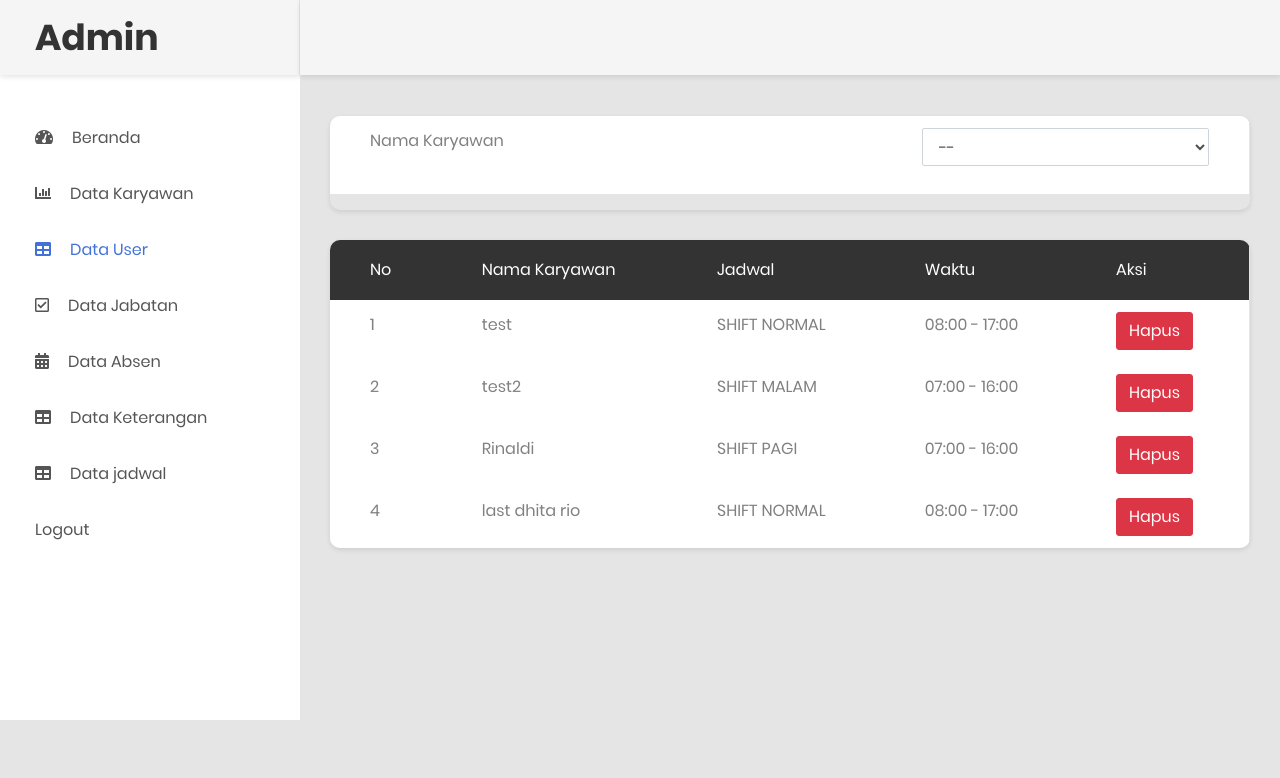
Repository: naldi23bob/Absen2
Page: http://localhost/datajadwal.php
The author's editor kept a copy of each file at every save. The page is drawn from the files as they stood at one save, then again after the next save.
The browser window is 1280 px wide. The pictures show the whole page.
The page is run by PHP 8.4 with error messages shown; the project is at /var/www/html/. The session is filled in as if someone had signed in: {"idsi": 2, "namasi": "admin", "ttlsi": 1, "jenkelsi": 1, "agamasi": 1, "alamatsi": 1, "teleponsi": 1, "jabatansi": 1, "schedulesi": 1, "fotosi": 1, "username": "admin"}. Other server files are loaded and not shown. The database holds what the project's SQL file puts in it.

Above is the page before, as saved 2023-07-23 16:19:06.

### datajadwal.php
<?php
require_once("koneksi.php");
error_reporting(0);
 ?>
<!DOCTYPE html>
<html lang="en">

<head>
    <link rel="stylesheet" href="https://maxcdn.bootstrapcdn.com/bootstrap/4.5.2/css/bootstrap.min.css">
    <script src="https://ajax.googleapis.com/ajax/libs/jquery/3.5.1/jquery.min.js"></script>
    <script src="https://cdnjs.cloudflare.com/ajax/libs/popper.js/1.16.0/umd/popper.min.js"></script>
    <script src="https://maxcdn.bootstrapcdn.com/bootstrap/4.5.2/js/bootstrap.min.js"></script>
    <!-- Required meta tags-->
    <meta charset="UTF-8">
    <meta name="viewport" content="width=device-width, initial-scale=1, shrink-to-fit=no">
    <link rel="icon" href="assets/employee.png" type="image/png">

    <!-- Title Page-->
    <title>Data Hadwal</title>

    <!-- Fontfaces CSS-->
    <link rel="stylesheet" type="text/css" href="css/bootstrap.css" media="all">
    <link href="css/font-face.css" rel="stylesheet" media="all">
    <link href="vendor/font-awesome-4.7/css/font-awesome.min.css" rel="stylesheet" media="all">
    <link href="vendor/font-awesome-5/css/fontawesome-all.min.css" rel="stylesheet" media="all">
    <link href="vendor/mdi-font/css/material-design-iconic-font.min.css" rel="stylesheet" media="all">

    <!-- Bootstrap CSS-->
    <link href="vendor/bootstrap-4.1/bootstrap.min.css" rel="stylesheet" media="all">

    <!-- Vendor CSS-->
    <link href="vendor/animsition/animsition.min.css" rel="stylesheet" media="all">
    <link href="vendor/bootstrap-progressbar/bootstrap-progressbar-3.3.4.min.css" rel="stylesheet" media="all">
    <link href="vendor/wow/animate.css" rel="stylesheet" media="all">
    <link href="vendor/css-hamburgers/hamburgers.min.css" rel="stylesheet" media="all">
    <link href="vendor/slick/slick.css" rel="stylesheet" media="all">
    <link href="vendor/select2/select2.min.css" rel="stylesheet" media="all">
    <link href="vendor/perfect-scrollbar/perfect-scrollbar.css" rel="stylesheet" media="all">

    <!-- Main CSS-->
    <link href="css/theme.css" rel="stylesheet" media="all">
    <!-- Script -->
    <script src="https://ajax.googleapis.com/ajax/libs/jquery/3.5.1/jquery.min.js"></script>
  <script src="https://cdnjs.cloudflare.com/ajax/libs/popper.js/1.16.0/umd/popper.min.js"></script>
  <script src="https://maxcdn.bootstrapcdn.com/bootstrap/4.5.2/js/bootstrap.min.js"></script>
    <!-- end script-->
</head>

<body class="animsition">
      <?php
    session_start();
    if (!isset($_SESSION['username'])) {
        header("location: index.php");
    }else {
        $username = $_SESSION['schedule'];
    }

 ?>
    <div class="page-wrapper">
        <!-- HEADER MOBILE-->
        <header class="header-mobile d-block d-lg-none">
            <div class="header-mobile__bar">
                <div class="container-fluid">
                    <div class="header-mobile-inner">
                        <a class="logo" href="index.html">

                        </a>
                        <button class="hamburger hamburger--slider" type="button">
                            <span class="hamburger-box">
                                <span class="hamburger-inner"></span>
                            </span>
                        </button>
                    </div>
                </div>
            </div>
            <nav class="navbar-mobile">
                <div class="container-fluid">
                   <ul class="navbar-mobile__list list-unstyled">
                        <li class="has-sub">
                            <a class="js-arrow" href="admin.php">
                                <i class="fas fa-tachometer-alt"></i>Beranda</a>
                            <ul class="navbar-mobile-sub__list list-unstyled js-sub-list">

                            </ul>
                        </li>
                        <li>
                            <a href="datakaryawan.php">
                                <i class="fas fa-chart-bar"></i>Data Karyawan</a>
                        </li>
                        <li>
                            <a href="datauser.php">
                                <i class="fas fa-table"></i>Data User</a>
                        </li>
                        <li>
                            <a href="datajabatan.php">
                                <i class="far fa-check-square"></i>Data Jabatan</a>
                        </li>
                        <li>
                            <a href="data_absen.php">
                                <i class="fas fa-calendar-alt"></i>Data Absen</a>
                        </li>
                       <li>
                            <a href="data_keterangan.php">
                                <i class="fas fa-table"></i>Data Keterangan
                            </a>
                        </li>
                        <li>
                        <a href="datajadwal.php">
                                <i class="fas fa-table"></i>Data jadwal
                            </a>
                        </li>


                    </ul>
                </div>
            </nav>
        </header>
        <!-- END HEADER MOBILE-->

        <!-- MENU SIDEBAR-->
        <aside class="menu-sidebar d-none d-lg-block">
            <div class="logo">
                <a href="#">
                    <h1>Admin</h1>
                </a>
            </div>
            <div class="menu-sidebar__content js-scrollbar1">
                <nav class="navbar-sidebar">
                    <ul class="list-unstyled navbar__list">
                        <li>
                            <a class="js-arrow" href="admin.php">
                                <i class="fas fa-tachometer-alt"></i>Beranda</a>

                        </li>
                        <li>
                            <a href="datakaryawan.php">
                                <i class="fas fa-chart-bar"></i>Data Karyawan</a>
                        </li>
                        <li  class="active has-sub">
                            <a href="datause.php">
                                <i class="fas fa-table"></i>Data User</a>
                        </li>
                        <li>
                            <a href="datajabatan.php">
                                <i class="far fa-check-square"></i>Data Jabatan</a>
                        </li>
                        <li>
                            <a href="data_absen.php">
                                <i class="fas fa-calendar-alt"></i>Data Absen</a>
                        </li>
                        <li>
                            <a href="data_keterangan.php">
                                <i class="fas fa-table"></i>Data Keterangan
                            </a>
                        </li>
                        <li>
                        <a href="datajadwal.php">
                                <i class="fas fa-table"></i>Data jadwal
                            </a>
                        </li>

                        <li>
                            <a href="logout.php">Logout</a>
                        </li>
                    </ul>
                </nav>
            </div>
        </aside>
        <!-- END MENU SIDEBAR-->

        <!-- PAGE CONTAINER-->
        <div class="page-container">
            <!-- HEADER DESKTOP-->
            <header class="header-desktop">
                <div class="section__content section__content--p30">
                    <div class="container-fluid">
                        <div class="header-wrap">


                        </div>
                    </div>
                </div>
            </header>
            <!-- END HEADER DESKTOP-->

            <!-- MAIN CONTENT-->

            <div class="main-content">
                <div class="section__content section__content--p30">
                    <div class="container-fluid">
                        <div class="row">
                           <div class="table-responsive table--no-card m-b-30">
                            <form action="admin/admin_save.php" method="post">
                                <div class="form-group">
                                <table class="table table-borderless table-striped table-earning" >
                                        <tbody>
                                        <td>Nama Karyawan</td>
                                                <td>
                                                    <div class="form-group">
                                                    <select class="form-control" required="tb_schedule" name="">
                                                        <option>--</option>
                                                        <option>1</option>
                                                        <option>2</option>
                                                        <option>3</option>
                                                        <option>4</option>
                                                        <option>5</option>
                                                        <option>6</option>
                                                    </select>
                                                    </div>

                                                </td>
<!--

                                            <tr>
                                                <td>Nama Jadwal</td>
                                                <td>

                                                <input type="text" class="form-control" name="code" required>

                                            </td>
                                            </tr>

                                            <tr>
                                                <td>Waktu</td>
                                                <td>

                                                <input type="text" class="form-control" name="in_out" required>

                                            </td>
                                            </tr>



                                            <tr>
                                                <td><button type="submit" name="simpan" class="btn btn-primary">Simpan</button></td>
                                                <td><input type="reset" name="" value="Batal" class="btn btn-danger"></td>
                                            </tr>
                                             -->
                                      </tbody>
                                    </table>
                                        </div>
                            </form>

                                </div>
                        </div>

                        <div class="row">

                                <div class="table-responsive table--no-card m-b-30">
                                    <table class="table table-borderless table-striped table-earning">
                                        <thead>
                                            <tr>
                                                <th>No</th>
                                                <th>Nama Karyawan</th>
                                                <th>Jadwal</th>
                                                <th>Waktu</th>
                                                <th>Aksi</th>

                                            </tr>
                                        </thead>
                                        <?php
                                            include 'koneksi.php';
                                            $sql = "SELECT * FROM tb_schedule JOIN tb_karyawan on id=schedule where schedule !=0";
                                            $query = mysqli_query($koneksi, $sql);

                                            $no = 1;
                                            while ($row = mysqli_fetch_array($query)) {


                                         ?>
                                        <tbody>
                                            <tr>
                                                <td><?php echo $no ?></td>
                                                <td><?php echo $row['nama']; ?></td>
                                                <td><?php echo $row['code']; ?></td>
                                                <td><?php echo $row['in_out']; ?></td>



                                                </td>
                                                <td> <a href="admin/jadwal_hapus.php?id=<?php echo $row['id']; ?>"><button class="btn btn-danger" onclick="return confirm('yakin ingin dihapus?');">Hapus</button></a></td>



                                            </tr>
                                           <?php
                                           $no++;
                                       }

                                            ?>
                                        </tbody>
                                    </table>
                                </div>
                            </div>

            <!-- Modal -->

            <!-- End Modal -->
                        <div class="row">
                            <div class="col-lg-6">
                            </div>
                            <div class="col-lg-6">
                            </div>
                        </div>
                        <div class="row">
                            <div class="col-md-12">
                            </div>
                        </div>
                        <div class="row m-t-30">
                            <div class="col-md-12">
                            </div>
                        </div>


                </div>
            </div>
        </div>

    </div>

    <!-- Jquery JS-->
    <script src="vendor/jquery-3.2.1.min.js"></script>
    <!-- Bootstrap JS-->
    <script src="vendor/bootstrap-4.1/popper.min.js"></script>
    <script src="vendor/bootstrap-4.1/bootstrap.min.js"></script>
    <!-- Vendor JS       -->
    <script src="vendor/slick/slick.min.js">
    </script>
    <script src="vendor/wow/wow.min.js"></script>
    <script src="vendor/animsition/animsition.min.js"></script>
    <script src="vendor/bootstrap-progressbar/bootstrap-progressbar.min.js">
    </script>
    <script src="vendor/counter-up/jquery.waypoints.min.js"></script>
    <script src="vendor/counter-up/jquery.counterup.min.js">
    </script>
    <script src="vendor/circle-progress/circle-progress.min.js"></script>
    <script src="vendor/perfect-scrollbar/perfect-scrollbar.js"></script>
    <script src="vendor/chartjs/Chart.bundle.min.js"></script>
    <script src="vendor/select2/select2.min.js">
    </script>

    <!-- Main JS-->
    <script src="js/main.js"></script>

</body>

</html>
<!-- end document-->

### koneksi.php
<?php
// Inisiasi Database
// Silakan sesuaikan dengan detail database Anda
$server = "localhost";
$username = "root";
$password = "";
$database = "absen";

// Membuat koneksi
$koneksi = mysqli_connect($server, $username, $password, $database);

// Mengecek koneksi
if (mysqli_connect_errno()) {
	echo "Koneksi Ke Database Gagal!" . mysql_connect_error();
}
?>

### db/absen.sql (the tables this page reads)
CREATE TABLE `tb_karyawan` (
  `id_karyawan` int(11) NOT NULL,
  `password` varchar(50) NOT NULL,
  `nama` varchar(255) NOT NULL,
  `tmp_tgl_lahir` varchar(255) NOT NULL,
  `jenkel` varchar(255) NOT NULL,
  `agama` varchar(255) NOT NULL,
  `alamat` text NOT NULL,
  `no_tel` varchar(18) NOT NULL,
  `jabatan` varchar(255) NOT NULL,
  `foto` varchar(50) NOT NULL,
  `schedule` int(11) DEFAULT NULL,
  `jadwal` varchar(50) DEFAULT NULL
) ENGINE=InnoDB DEFAULT CHARSET=utf8mb4;

INSERT INTO `tb_karyawan` (`id_karyawan`, `password`, `nama`, `tmp_tgl_lahir`, `jenkel`, `agama`, `alamat`, `no_tel`, `jabatan`, `foto`, `schedule`, `jadwal`) VALUES
(1234, '81dc9bdb52d04dc20036dbd8313ed055', 'test', 'test', 'Laki-laki', 'Islam', 'teset', '000003030', 'CEO', '10072023103648tempsnip.png', 1, 'SHIFT NORMAL  ( 08:00 - 17:00 )'),
(12345678, '81dc9bdb52d04dc20036dbd8313ed055', 'test2', 'gfgdfgfd', 'Laki-laki', 'Islam', 'gfgdgdfgd', '143423424', 'Admin Lokasi', '23072023105730InkedWhatsApp Image 2022-06-16 at 10', 4, 'SHIFT NORMAL  ( 08:00 - 17:00 )'),
(17190780, '25d55ad283aa400af464c76d713c07ad', 'Rinaldi', 'jakarta', 'Laki-laki', 'Islam', 'jl. Kramat pulo ', '081316577895', 'CEO', '180620231420141627886129274.jpg', 2, 'SHIFT NORMAL  ( 08:00 - 17:00 )'),
(17190781, '25d55ad283aa400af464c76d713c07ad', 'last dhita rio', 'jakarta, 1-01-2001', 'Laki-laki', 'Islam', 'kemayoran lama', '123321123', 'Operator', '22062023103814601d4b4f871700de446276a2ea5901ea.jpg', 1, 'SHIFT NORMAL  ( 08:00 - 17:00 )');

ALTER TABLE `tb_karyawan`
  ADD PRIMARY KEY (`id_karyawan`),
  ADD KEY `jabatan` (`jabatan`(191));

CREATE TABLE `tb_schedule` (
  `id` int(10) UNSIGNED NOT NULL,
  `code` varchar(100) NOT NULL,
  `in_out` varchar(50) NOT NULL DEFAULT ''
) ENGINE=InnoDB DEFAULT CHARSET=utf8mb4;

INSERT INTO `tb_schedule` (`id`, `code`, `in_out`) VALUES
(1, 'SHIFT NORMAL', '08:00 - 17:00'),
(2, 'SHIFT PAGI', '07:00 - 16:00'),
(3, 'SHIFT SIANG', '07:00 - 16:00'),
(4, 'SHIFT MALAM', '07:00 - 16:00');

ALTER TABLE `tb_schedule`
  ADD PRIMARY KEY (`id`);

ALTER TABLE `tb_schedule`
  MODIFY `id` int(10) UNSIGNED NOT NULL AUTO_INCREMENT, AUTO_INCREMENT=5;

Loaded but not shown: css/bootstrap.css (library); css/theme.css (library); js/main.js (1673 lines, source omitted); css/font-face.css (234 lines, source omitted)

After the next save:
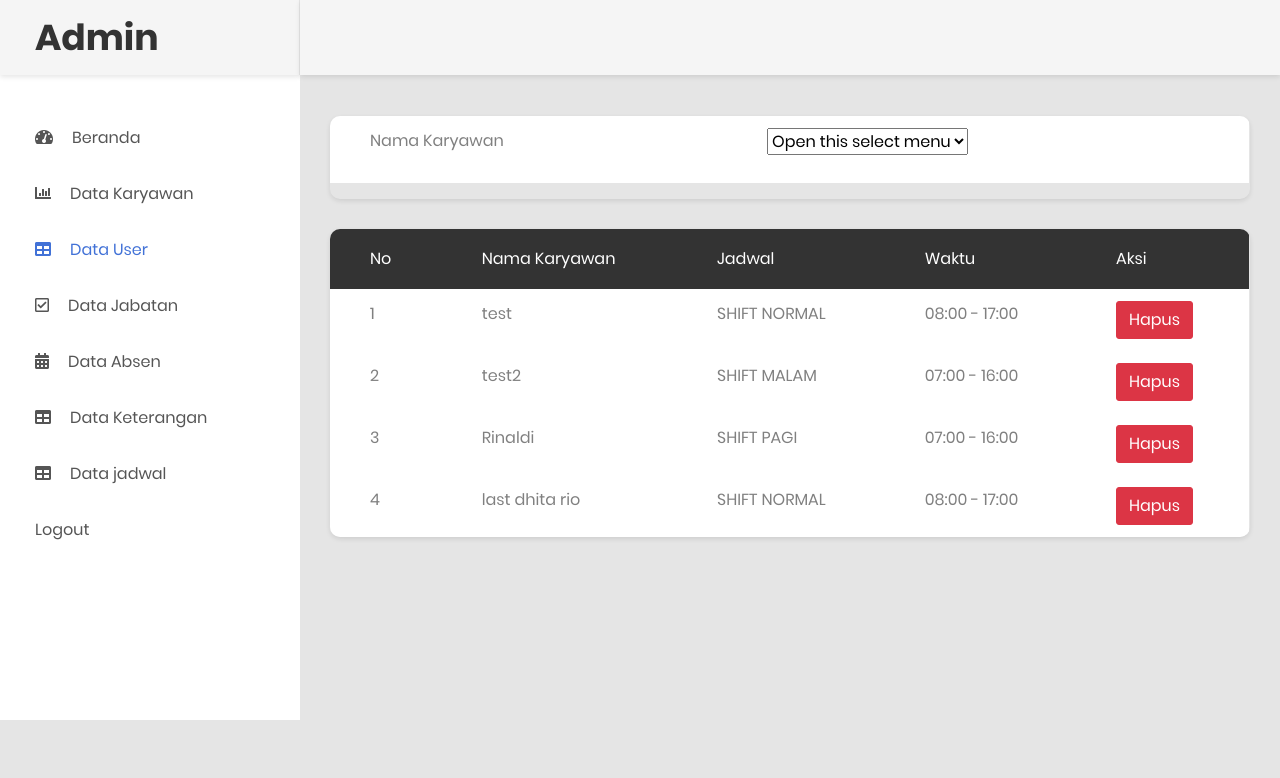
Saved 3 min 16 s later.
--- a/datajadwal.php
+++ b/datajadwal.php
@@ -197,15 +197,12 @@ error_reporting(0);
                                         <td>Nama Karyawan</td>
                                                 <td>
                                                     <div class="form-group">
-                                                    <select class="form-control" required="tb_schedule" name="">
-                                                        <option>--</option>
-                                                        <option>1</option>
-                                                        <option>2</option>
-                                                        <option>3</option>
-                                                        <option>4</option>
-                                                        <option>5</option>
-                                                        <option>6</option>
-                                                    </select>
+                                                    <select class="form-select" aria-label="Default select example">
+                                                        <option selected>Open this select menu</option>
+                                                        <option value="1">One</option>
+                                                        <option value="2">Two</option>
+                                                        <option value="3">Three</option>
+                                                        </select>
                                                     </div>
 
                                                 </td>
